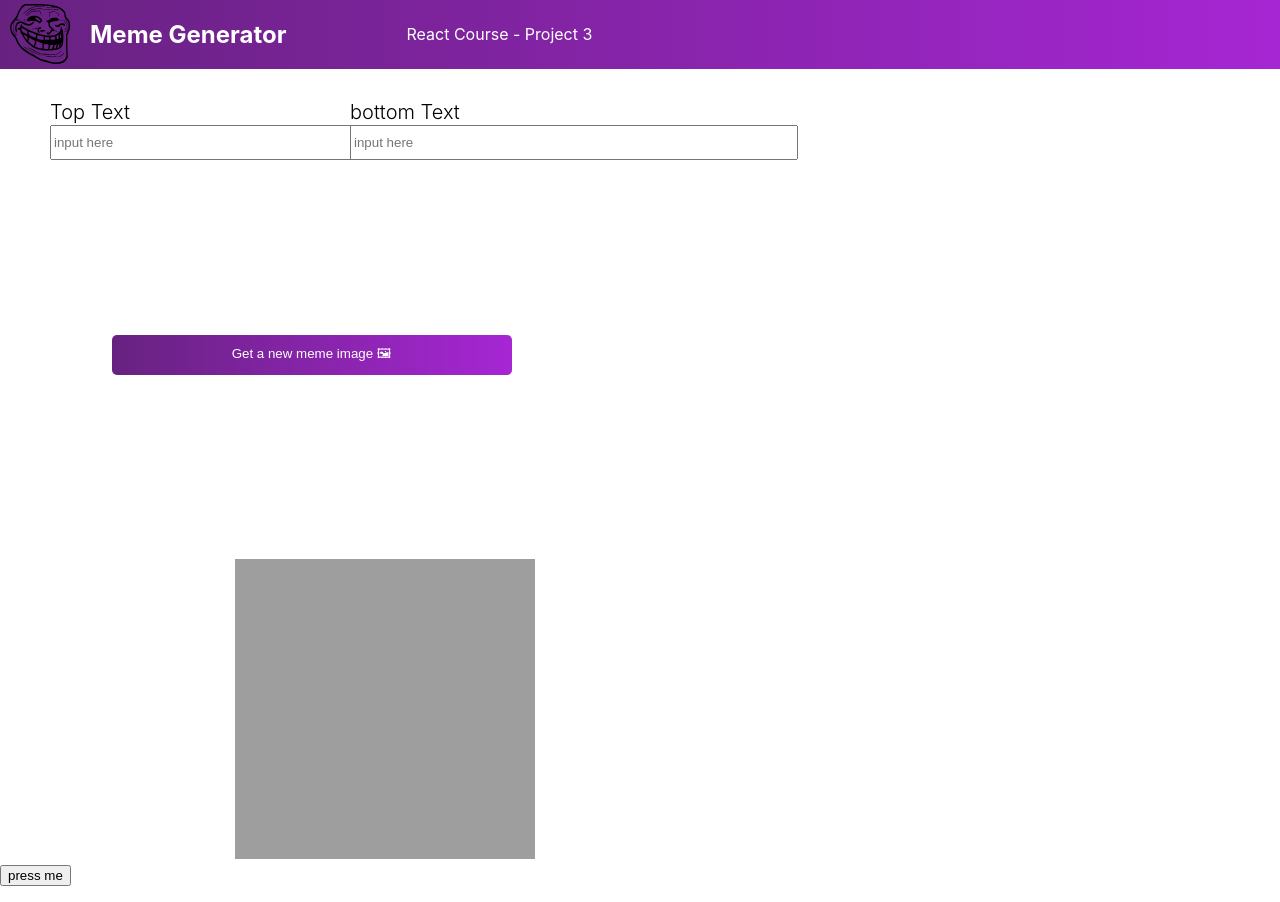
Repository: mortiestmorty1/meme-generator-react
Page: /
The author's editor kept a copy of each file at every save. The page is drawn from the files as they stood at one save, then again after the next save.
The browser window is 1280 px wide. The pictures show the whole page.
Pictures or frames that could not be fetched are drawn as grey boxes. The project was rebuilt for these pictures with package versions that can differ from the ones it lists, and the page was loaded fresh each time. Also part of the build but not shown: src/components/box.js.

Above is the page before, as saved 2024-01-20 16:53:46.

### src/index.js
import React from 'react';
import ReactDOM from 'react-dom/client';
import './index.css';
import App from './App';
import reportWebVitals from './reportWebVitals';

const root = ReactDOM.createRoot(document.getElementById('root'));
root.render(
  <React.StrictMode>
    <App darkMode={false}/>
  </React.StrictMode>
);

// If you want to start measuring performance in your app, pass a function
// to log results (for example: reportWebVitals(console.log))
// or send to an analytics endpoint. Learn more: https://bit.ly/CRA-vitals
reportWebVitals();

### src/index.css
body {
  margin: 0;
  font-family: -apple-system, BlinkMacSystemFont, 'Segoe UI', 'Roboto', 'Oxygen',
    'Ubuntu', 'Cantarell', 'Fira Sans', 'Droid Sans', 'Helvetica Neue',
    sans-serif;
  -webkit-font-smoothing: antialiased;
  -moz-osx-font-smoothing: grayscale;
}

code {
  font-family: source-code-pro, Menlo, Monaco, Consolas, 'Courier New',
    monospace;
}
* {
  box-sizing: border-box;
  }

### src/App.js

import './App.css';
import React from "react";
import Navbar from "./components/Navbar";
import Inputs from "./components/inputs";
import { useState } from 'react';
import boxes from "./components/boxes";
import Box from "./components/box";

function App(props) {
  const [isShown, setIsShown] = useState(false);
  const [display, setDisplay] = useState("");
function toggle(){
  setIsShown(!isShown)
  setDisplay(isShown ? "here is our paragraph" : "")
}

  return (
    <div className="App">
      <Navbar />
      <Inputs />
      <button onClick={toggle}>press me</button>
      <p>{display}</p>
    </div>
  );
}

export default App;

### src/App.css
.nav-container {
  display: flex;
  justify-content: space-between;
  align-items: center;
  background: linear-gradient(to right, #672280,#A626D3);
  }
  .image{
    width: 60px;
    height: 60px;
    margin-left: 10px;
  }
  .navbar{
    display: flex;
    justify-content: space-around;
    align-items: center;
    margin-right: 10px;
    color: white;
  }
  .navbar h1{
    margin-right: 20px;
    margin-left: 20px;
  }
  .info{
    margin-left: 100px;
  }
  .inputs-container{
    margin-left: 50px;
    margin-top: 20px;
    font-size: 20px;
    font-weight: 300;
  }
  .top{
    position: absolute;
    top: 100px;
  }
  .bottom{
    position: absolute;
    margin-left: 300px;
    top: 100px;
  }
  .topinput{
    position: absolute;
    top: 125px;
    height: 35px;
    width: 35%;
  }
  .bottominput{
    position: absolute;
    top: 125px;
    margin-left: 300px;
    height: 35px;
    width: 35%;
  }
  .generate{
    margin-left: 5%;
    margin-top: 20%;
    background: linear-gradient(to right, #672280,#A626D3);
    color: white;
    border: none;
    border-radius: 5px;
    width: 400px;
    height: 40px;
  }
  .memeimage{
    margin-left: 15%;
    margin-top: 15%;
    width: 300px;
    height: 300px;
  }
  .box{
    width: 100px;
    height: 100px;
    border: 1px solid black;
    display: inline-block;
    margin-right: 10px;
  }

### src/components/Navbar.js
import React from "react";
import Troll from "./Troll-Face.svg";
import "../App.css";
function Navbar(){
    return(
        <div className="nav-container">
            <nav className="navbar">
                <img src={Troll} className="image" alt="Troll Face" />
                <h1>Meme Generator</h1>
                <section className="info">
                    <p>React Course - Project 3</p>
                </section>
            </nav>
        </div>
    )
}

export default Navbar;

### src/components/inputs.js
import React from "react";
import "../App.css";
import Meme from "./meme.js";
import { useState } from "react";
function Inputs(){
    const [Allmemeimage , setAllmemeimage] = useState(Meme)
    const [newmeme , setNewmeme] = useState({
        topText:"",
        bottomText:"",
        memeimage:"https://png.pngtree.com/png-vector/20231222/ourlarge/pngtree-do-not-press-this-button-sign-vector-png-image_11376553.png"
    })
    function handleClick () {

        const memearray = Allmemeimage
        const random = Math.floor(Math.random() * memearray.length)
        const url = memearray[random].url
        setNewmeme(prevmeme =>({
            ...prevmeme,
            memeimage:url
        }))
    }
    return(
        <div className="inputs-container">
            <div className="inputs">
                <label className="top">Top Text</label>
                <input  className="topinput" type="text" placeholder="input here" />
                <label className="bottom">bottom Text</label>
                <input className="bottominput" type="text" placeholder="input here" />
                <button className="generate" onClick={handleClick}>Get a new meme image  🖼</button>
            </div>
            < img src={newmeme.memeimage} className="memeimage" alt="meme" />
        </div>
    )
}

export default Inputs;

### src/components/boxes.js
export default [
    {
        id:1,
        on : false
    }
    ,
    {
        id:2,
        on : true
    }
    ,
    {
        id:3,
        on : false
    }
    ,
    {
        id:4,
        on : true
    }
    ,
    {
        id:5,
        on : false
    }
    ,
    {
        id:6,
        on : true
    }
    ,
    {
        id:7,
        on : false
    }
    ,
    {
        id:8,
        on : true
    }
    ,
    {
        id:9,
        on : false
    }
    ,
    {
        id:10,
        on : true
    }
]

### src/components/meme.js

export default [
    {
        id: 1,
        name: "Drake",
        url: "https://i.imgflip.com/30b1gx.jpg",
        width: 1200,
        height: 1200
    },
    {
        id: 2,
        name: "Distracted Boyfriend",
        url: "https://i.imgflip.com/1ur9b0.jpg",
        width: 1200,
        height: 800
    },
    {
        id: 3,
        name: "Two Buttons",
        url: "https://i.imgflip.com/1g8my4.jpg",
        width: 600,
        height: 908
    },
    {
        id: 4,
        name: "Mocking Spongebob",
        url: "https://i.imgflip.com/1otk96.jpg",
        width: 502,
        height: 353
    },
    {
        id: 5,
        name: "Expanding Brain",
        url: "https://i.imgflip.com/1jwhww.jpg",
        width: 857,
        height: 1202
    },
    {
        id: 6,
        name: "Roll Safe Think About It",
        url: "https://i.imgflip.com/1h7in3.jpg",
        width: 600,
        height: 600
    },
    {
        id: 7,
        name: "Change My Mind",
        url: "https://i.imgflip.com/24y43o.jpg",
        width: 482,
        height: 361
    },
    {
        id: 8,
        name: "Is This A Pigeon",
        url: "https://i.imgflip.com/1o00in.jpg",
        width: 857,
        height: 1202
    },
    {
        id: 9,
        name: "Batman Slapping Robin",
        url: "https://i.imgflip.com/9ehk.jpg",
        width: 400,
        height: 387
    },
   {
        id: 10,
        name: "One Does Not Simply",
        url: "https://i.imgflip.com/1bij.jpg",
        width: 568,
        height: 335
    },
    {
        id: 11,
        name: "Philosoraptor",
        url: "https://i.imgflip.com/1bgs.jpg",
        width: 400,
        height: 400
    },
    {
        id: 12,
        name: "Waiting Skeleton",
        url: "https://i.imgflip.com/2fm6x.jpg",
        width: 500,
        height: 500
    },
    {
        id: 13,
        name: "X, X Everywhere",
        url: "https://i.imgflip.com/1ihzfe.jpg",
        width: 500,
        height: 610
    },
    {
        id: 14,
        name: "Futurama Fry",
        url: "https://i.imgflip.com/1bgw.jpg",
        width: 553,
        height: 439
    },
    {
        id: 15,
        name: "Ancient Aliens",
        url: "https://i.imgflip.com/26am.jpg",
        width: 500,
        height: 437
    },
    {
        id: 16,
        name: "That Would Be Great",
        url: "https://i.imgflip.com/1bh8.jpg",
        width: 500,
        height: 500
    },
    {
        id: 17,
        name: "Unsettled Tom",
        url: "https://i.imgflip.com/2wifvo.jpg",
        "width": 500,
        "height": 654
    },
    {
        id : 18,
        name: "Boardroom Meeting Suggestion",
        url: "https://i.imgflip.com/m78d.jpg",
        width: 625,
        height: 415
    },
]

Loaded but not shown: public/index.html (common file); src/reportWebVitals.js (common file)

After the next save:
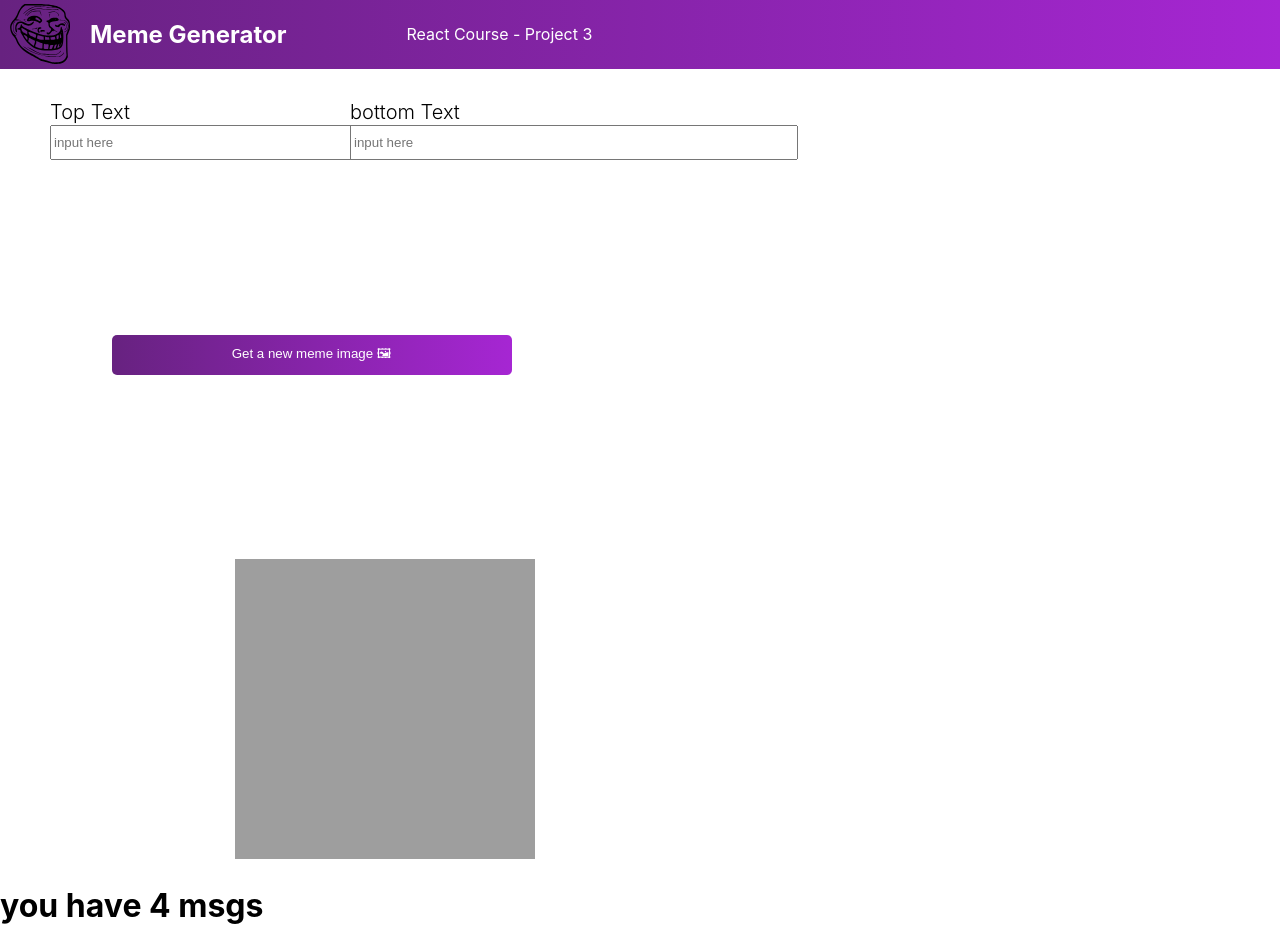
Saved 5 min 55 s later.
--- a/src/App.js
+++ b/src/App.js
@@ -8,19 +8,12 @@ import boxes from "./components/boxes";
 import Box from "./components/box";
 
 function App(props) {
-  const [isShown, setIsShown] = useState(false);
-  const [display, setDisplay] = useState("");
-function toggle(){
-  setIsShown(!isShown)
-  setDisplay(isShown ? "here is our paragraph" : "")
-}
-
+ const [msg , setMsg] = useState(["hello","hi","bye","goodbye"])
   return (
     <div className="App">
       <Navbar />
       <Inputs />
-      <button onClick={toggle}>press me</button>
-      <p>{display}</p>
+      <h1> you have {msg.length} msgs </h1>
     </div>
   );
 }
